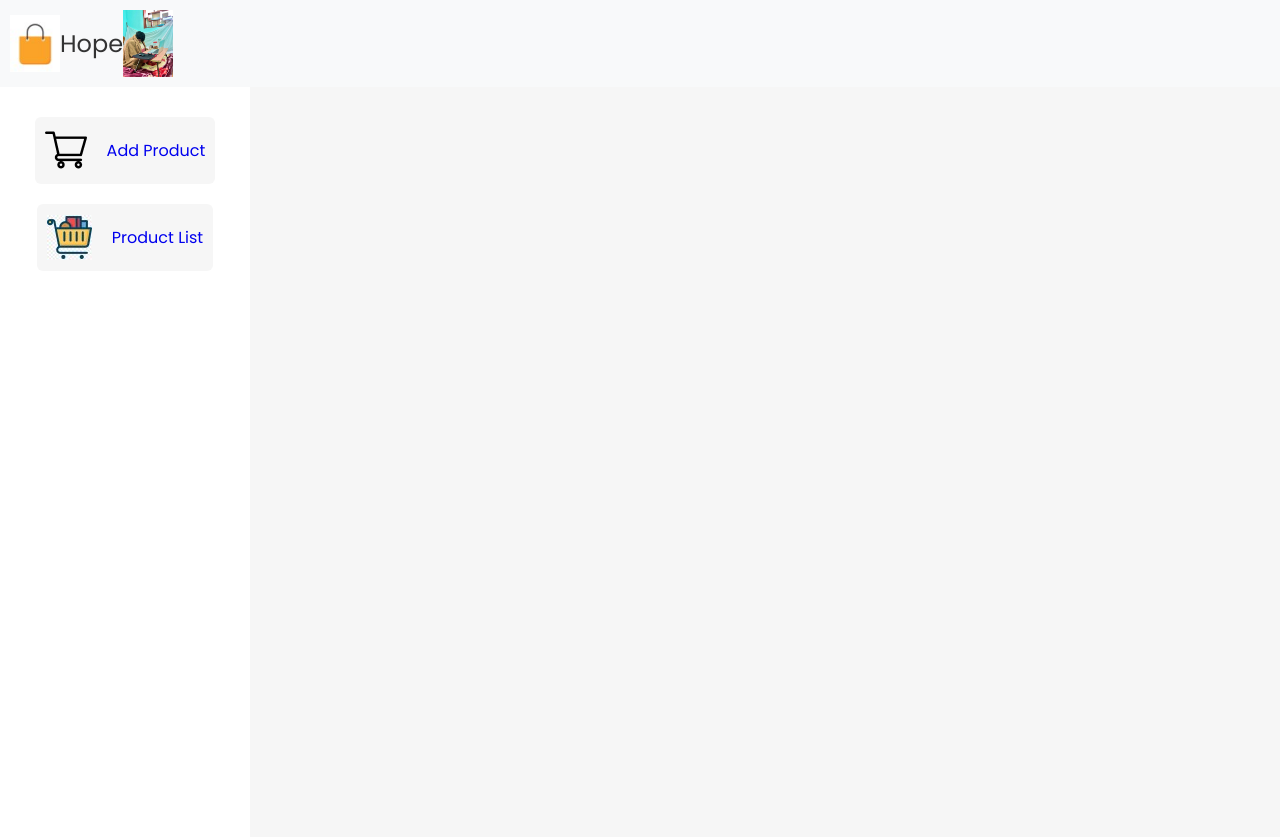
Repository: ititiu20201/Shopping-Online
Page: / (app in admin/)
The author's editor kept a copy of each file at every save. The page is drawn from the files as they stood at one save, then again after the next save.
The browser window is 1280 px wide. The pictures show the whole page.
The project was rebuilt for these pictures with package versions that can differ from the ones it lists, and the page was loaded fresh each time. Also part of the build but not shown: Admin/vite.config.js, admin/src/Pages/Admin/Admin.css.

Above is the page before, as saved 2024-06-18 21:11:03.

### admin/index.html
<!DOCTYPE html>
<html lang="en">
  <head>
    <meta charset="UTF-8" />
    <link rel="icon" type="image/svg+xml" href="/vite.svg" />
    <link rel="preconnect" href="https://fonts.googleapis.com" />
    <link rel="preconnect" href="https://fonts.gstatic.com" crossorigin />
    <link
      href="https://fonts.googleapis.com/css2?family=Poppins&display=swap"
      rel="stylesheet"
    />
    <meta name="viewport" content="width=device-width, initial-scale=1.0" />
    <title>Admin Panel</title>
  </head>
  <body>
    <div id="root"></div>
    <script type="module" src="/src/main.jsx"></script>
  </body>
</html>

### admin/src/App.jsx
// import { useState } from 'react'
// import reactLogo from './assets/react.svg'
// import viteLogo from '/vite.svg'
// import './App.css'
//import React from 'react'
import Navbar from "./Components/Navbar/Navbar";
import Admin from "./Pages/Admin/Admin";

const App = () => {
  return (
    <div>
      <Navbar />
      <Admin />
    </div>
  );
};
export default App;

### admin/src/index.css
body {
  margin: 0;
  font-family: "Poppins";
  background-color: #f6f6f6;
  height: 100vh;
}

### admin/src/Components/Navbar/Navbar.jsx
import "./Navbar.css";
import navlogo from "../../assets/Screenshot 2024-06-18 at 18.22.25.jpg";
import navProfile from "../../assets/Huy ngu.jpg";

const Navbar = () => {
  return (
    <div className="navbar">
      <img src={navlogo} alt="" className="nav-logo" />
      <p>Hope</p>
      <img src={navProfile} alt="" className="nav-profile" />
    </div>
  );
};
export default Navbar;

### admin/src/Pages/Admin/Admin.jsx
import "./Admin.css";
import Sidebar from "../../Components/Sidebar/Sidebar";

const Admin = () => {
  return (
    <div className="admin">
      <Sidebar />
    </div>
  );
};
export default Admin;

### admin/src/Components/Navbar/Navbar.css
.navbar {
  display: flex;
  align-items: center;
  padding: 10px;
  background-color: #f8f9fa; /* optional: add a background color */
}

.nav-logo {
  width: 50px;
}
.navbar p {
  margin: 0;
  font-size: 1.5em;
  color: #333;
}

.nav-profile {
  width: 50px;
}
@media (max-width: 800px) {
  .navbar {
    padding: 15px 30px;
  }

  .nav-logo {
    width: 150px;
  }

  .nav-profile {
    width: 60px;
  }
}

### admin/src/Components/Sidebar/Sidebar.jsx
import "./Sidebar.css";
import { Link } from "react-router-dom";
import add_Product_icon from "../../assets/cart_icon.png";
import list_product_icon from "../../assets/png-clipart-computer-icons-online-shopping-shopping-cart-service-shopping-cart-icon-text-service-thumbnail (2).jpg";

const Sidebar = () => {
  return (
    <div className="sidebar">
      <Link to={"/addproduct"} style={{ textDecoration: "none" }}>
        <div className="sidebar-item">
          <img src={add_Product_icon} alt="" />
          <p>Add Product</p>
        </div>
      </Link>
      <Link to={"/listproduct"} style={{ textDecoration: "none" }}>
        <div className="sidebar-item">
          <img src={list_product_icon} alt="" />
          <p>Product List</p>
        </div>
      </Link>
    </div>
  );
};
export default Sidebar;

### admin/src/Components/Sidebar/Sidebar.css
.sidebar {
  display: flex;
  flex-direction: column;
  padding-top: 30px;
  gap: 20px;
  width: 100%;
  max-width: 250px;
  height: 100vh;
  background: white;
}
.sidebar-item {
  display: flex;
  align-items: center;
  justify-self: center;
  margin: 0px 20px;
  padding: 5px 10px;
  border-radius: 6px;
  background: #f6f6f6;
  gap: 20px;
  cursor: pointer;
}
@media (max-width: 800px) {
  .sidebar {
    padding: 30px 0px;
    flex-direction: row;
    width: 100%;
    max-width: none;
    height: auto;
    justify-content: center;
  }
}

Loaded but not shown: admin/src/main.jsx (common file)

After the next save:
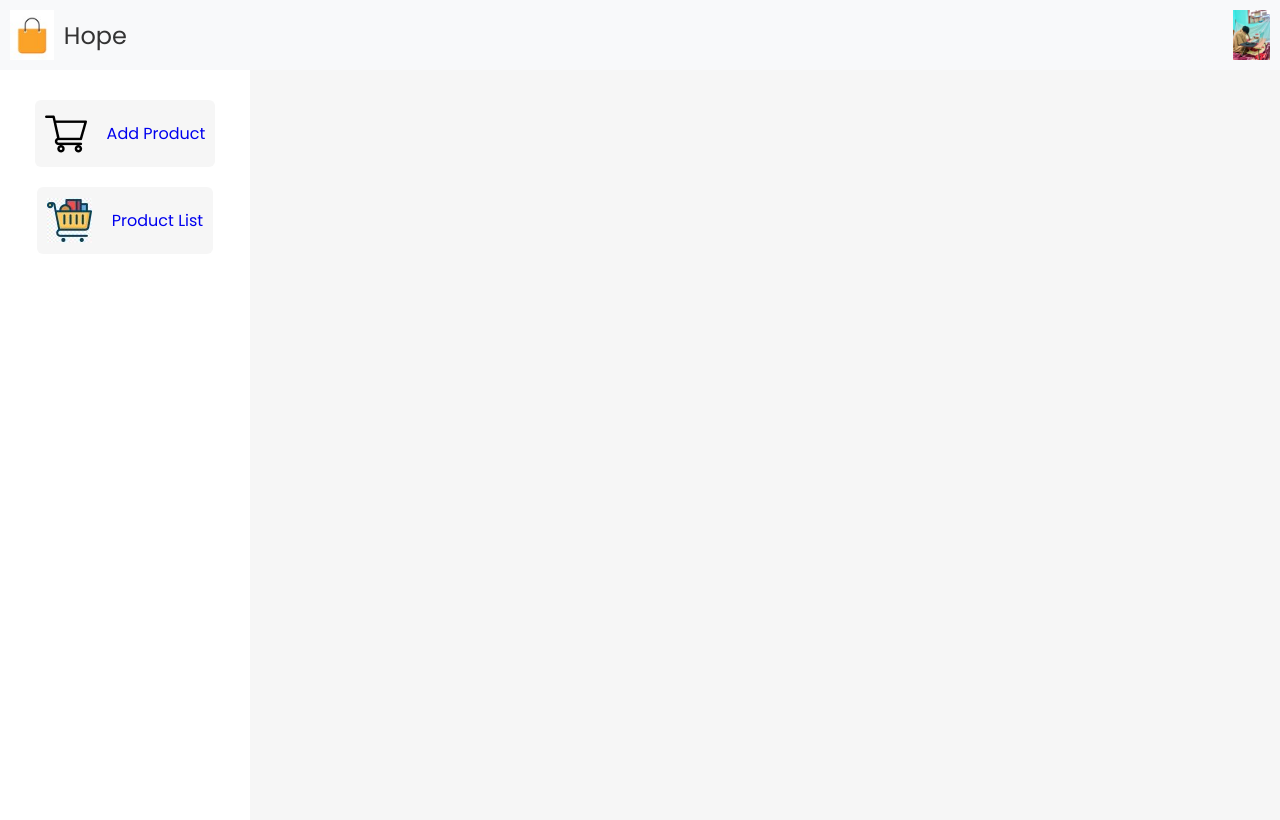
Saved 25 s later.
--- a/admin/src/Components/Navbar/Navbar.css
+++ b/admin/src/Components/Navbar/Navbar.css
@@ -6,17 +6,21 @@
 }
 
 .nav-logo {
-  width: 50px;
-}
-.navbar p {
-  margin: 0;
-  font-size: 1.5em;
-  color: #333;
+  height: 50px; /* adjust size as needed */
+  margin-right: 10px; /* space between the logo and text */
 }
 
 .nav-profile {
-  width: 50px;
+  height: 50px; /* adjust size as needed */
+  margin-left: auto; /* push the profile image to the far right */
 }
+
+.navbar p {
+  margin: 0;
+  font-size: 1.5em; /* adjust font size as needed */
+  color: #333; /* optional: change text color */
+}
+
 @media (max-width: 800px) {
   .navbar {
     padding: 15px 30px;
